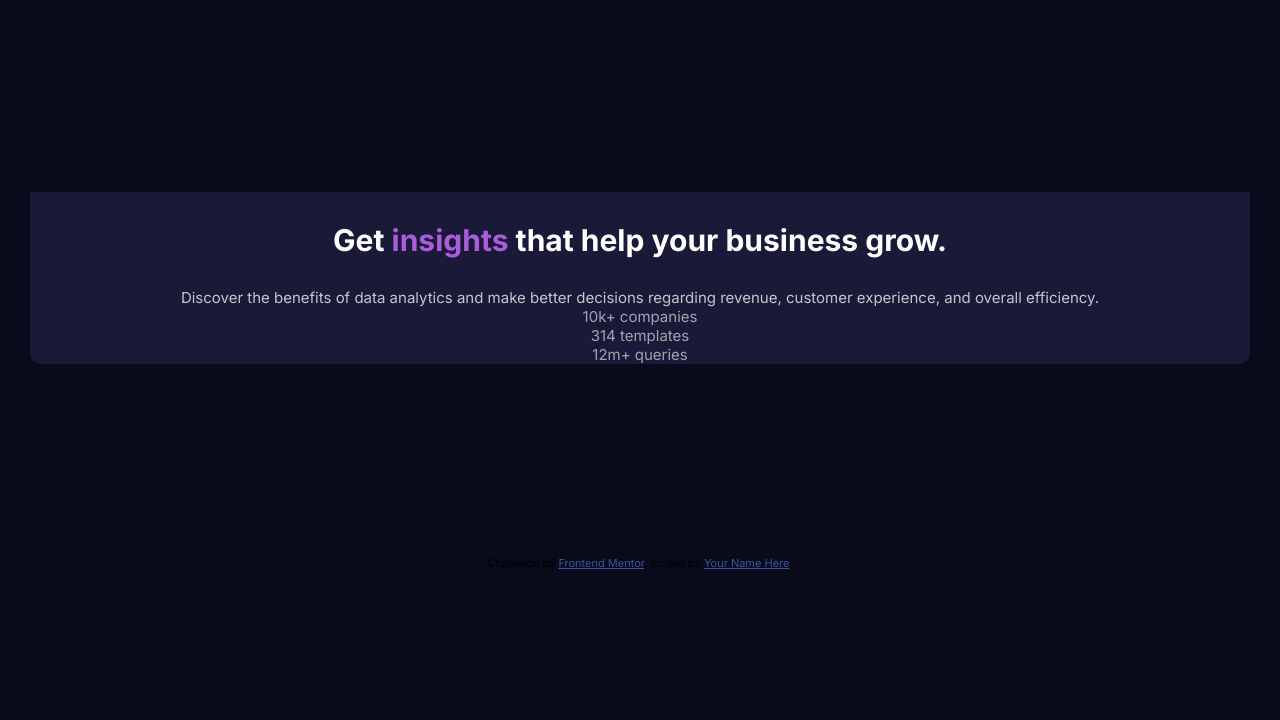
Repository: DejV44/stats-preview-card-component-main
Page: index.html
The author's editor kept a copy of each file at every save. The page is drawn from the files as they stood at one save, then again after the next save.
The browser window is 1280 px wide. The pictures show the whole page.
The style sheet was rebuilt from its Sass, Less or Tailwind sources for each picture, by a compiler version that may differ from the author's.

Above is the page before, as saved 2021-07-05 08:48:28.

After the next save:
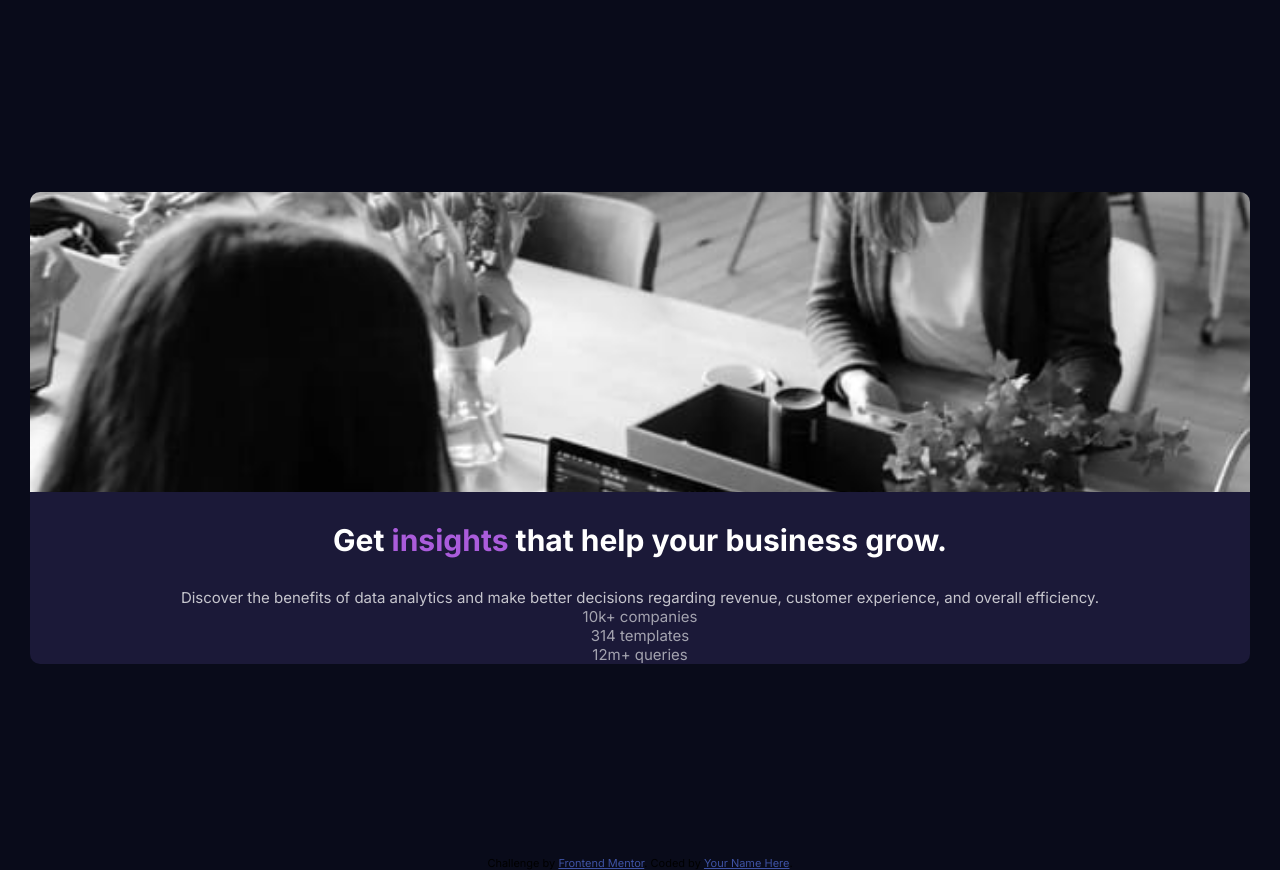
Saved 14 s later.
--- a/css/style.scss
+++ b/css/style.scss
@@ -31,7 +31,7 @@ body {
       background-position: center;
       background-size: cover;
       background-repeat: no-repeat;
-      height: 4fr;
+      height: 300px;
     }
 
     .card {
